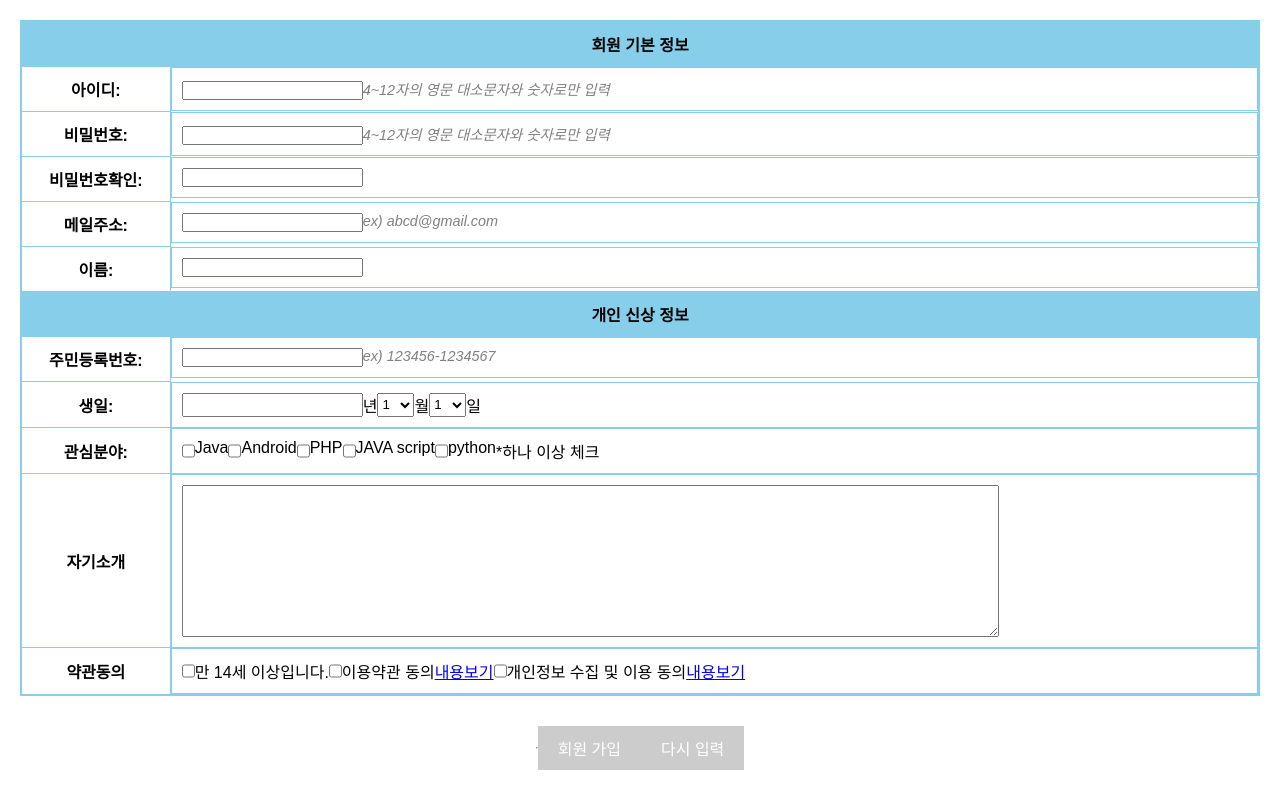
Repository: Pyoggit/JspStudy
Page: jspStudy/src/main/webapp/member/member.html
These files come from the project's save history. The page is drawn as it stood at one moment and after the next save; the edit follows.
The browser window is 1280 px wide. The pictures show the whole page.

Above is the page before, as saved 2024-12-03 08:40:42.

After the next save:
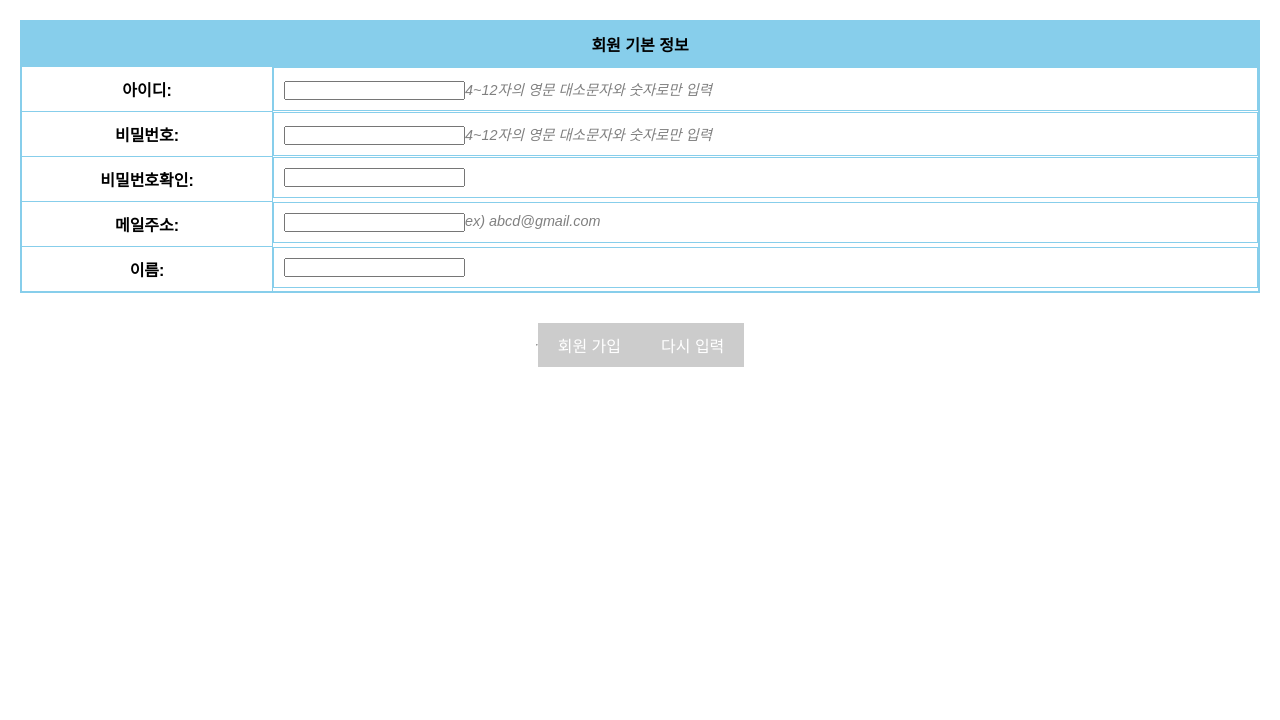
Saved 64 s later.
--- a/jspStudy/src/main/webapp/member/member.html
+++ b/jspStudy/src/main/webapp/member/member.html
@@ -40,94 +40,6 @@
 				<td><label for="name"></label><input type="text" name="name"
 					id="name"></td>
 			</tr>
-
-			<thead>
-				<tr>
-					<th colspan="2">개인 신상 정보</th>
-				</tr>
-			</thead>
-
-			<tr>
-				<th class="title">주민등록번호:</th>
-				<td><input type="text" name="resident" id="resident"> <i>ex)
-						123456-1234567</i>
-			</tr>
-			<tr>
-				<th class="title">생일:</th>
-				<td><input type="text" name="year" id="year"> 년 <select
-					name="month" id="month">
-						<option value="1">1</option>
-						<option value="2">2</option>
-						<option value="3">3</option>
-						<option value="4">4</option>
-						<option value="5">5</option>
-						<option value="6">6</option>
-						<option value="7">7</option>
-						<option value="8">8</option>
-						<option value="9">9</option>
-						<option value="10">10</option>
-						<option value="11">11</option>
-						<option value="12">12</option>
-				</select> 월 <select name="day" id="day">
-						<option value="1">1</option>
-						<option value="2">2</option>
-						<option value="3">3</option>
-						<option value="4">4</option>
-						<option value="5">5</option>
-						<option value="6">6</option>
-						<option value="7">7</option>
-						<option value="8">8</option>
-						<option value="9">9</option>
-						<option value="10">10</option>
-						<option value="11">11</option>
-						<option value="12">12</option>
-						<option value="13">13</option>
-						<option value="14">14</option>
-						<option value="15">15</option>
-						<option value="16">16</option>
-						<option value="17">17</option>
-						<option value="18">18</option>
-						<option value="19">19</option>
-						<option value="20">20</option>
-						<option value="21">21</option>
-						<option value="22">22</option>
-						<option value="23">23</option>
-						<option value="24">24</option>
-						<option value="25">25</option>
-						<option value="26">26</option>
-						<option value="27">27</option>
-						<option value="28">28</option>
-						<option value="29">29</option>
-						<option value="30">30</option>
-						<option value="31">31</option>
-				</select> 일</td>
-			</tr>
-			<tr>
-				<th class="title">관심분야:</th>
-				<td><input type="checkbox" name="Java" id="Java">
-					<p>Java</p> <input type="checkbox" name="Android" id="Android">
-					<p>Android</p> <input type="checkbox" name="PHP" id="PHP">
-					<p>PHP</p> <input type="checkbox" name="JAVA script"
-					id="JAVA script">
-					<p>JAVA script</p> <input type="checkbox" name="python" id="python">
-					<p>python</p>
-					<p>*하나 이상 체크</p></td>
-			</tr>
-			<tr>
-				<th class="title">자기소개</th>
-				<td><textarea name="intro" id="intro" cols="100" rows="10"></textarea></td>
-			</tr>
-			<tr>
-				<th class="title">약관동의</th>
-				<td><input type="checkbox" name="age" id="age">
-					<p>만 14세 이상입니다.</p>
-					<br> <input type="checkbox" name="agree" id="agree">
-					<p>이용약관 동의</p>
-					<br>
-				<a href="#">내용보기</a> <input type="checkbox" name="information"
-					id="information">
-					<p>개인정보 수집 및 이용 동의</p> <a href="#">내용보기</a></td>
-			</tr>
 		</table>
 
 		<footer>
